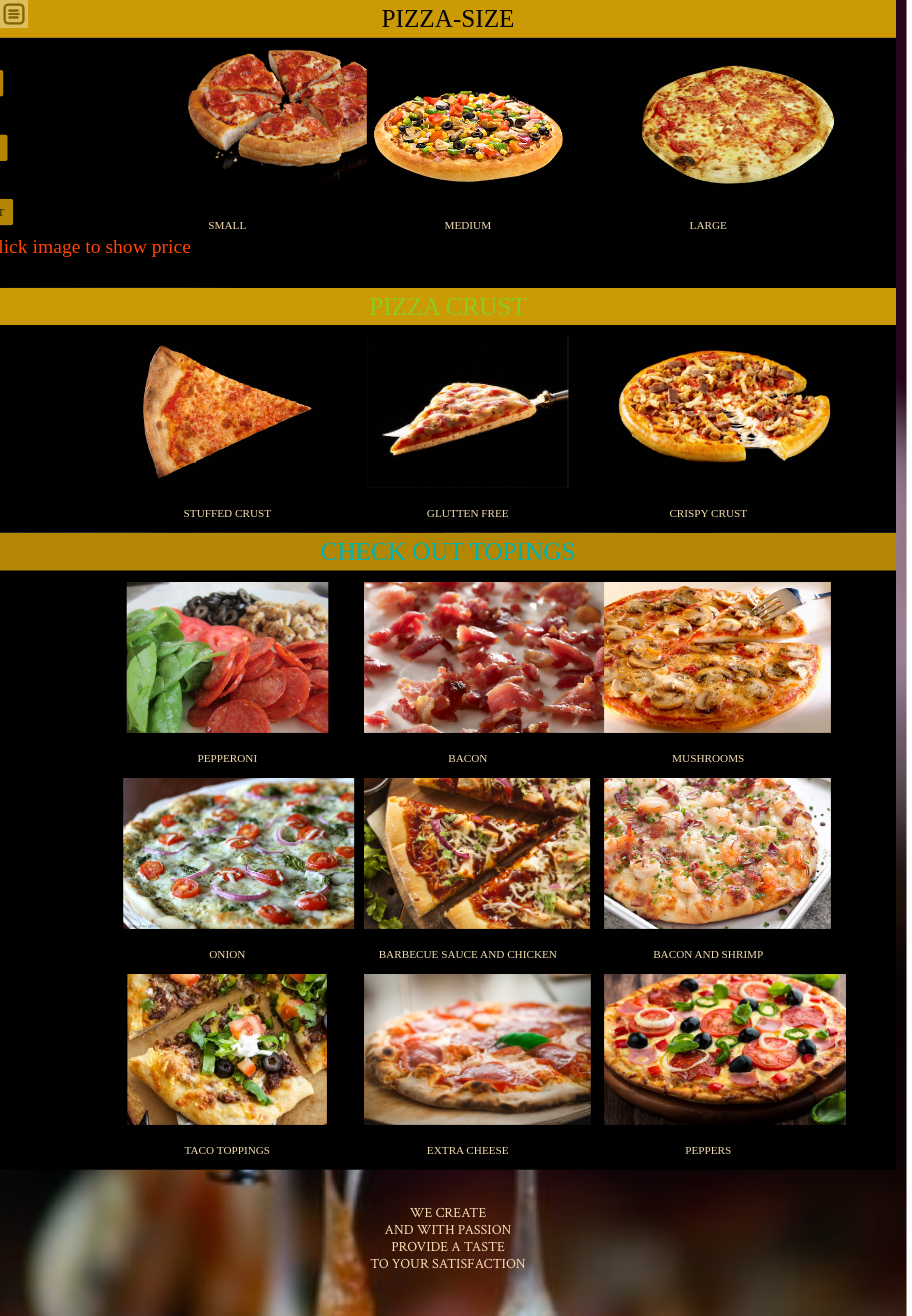
Repository: alexmwaura/MOREO--PIZZA-IP4
Page: mine.html
These files come from the project's save history. The page is drawn as it stood at one moment and after the next save; the edit follows.
The browser window is 1280 px wide. The page is 1303 px wide, so the pictures cover 1303 px, including what lies to the right of the window. The pictures show the part of the page from y = 0 to 1880 px (the page is 3153 px tall), at 70% of full size.
Some web fonts or font styles are not loaded; a fallback is used.

Above is the page before, as saved 2019-09-01 17:36:48.

After the next save:
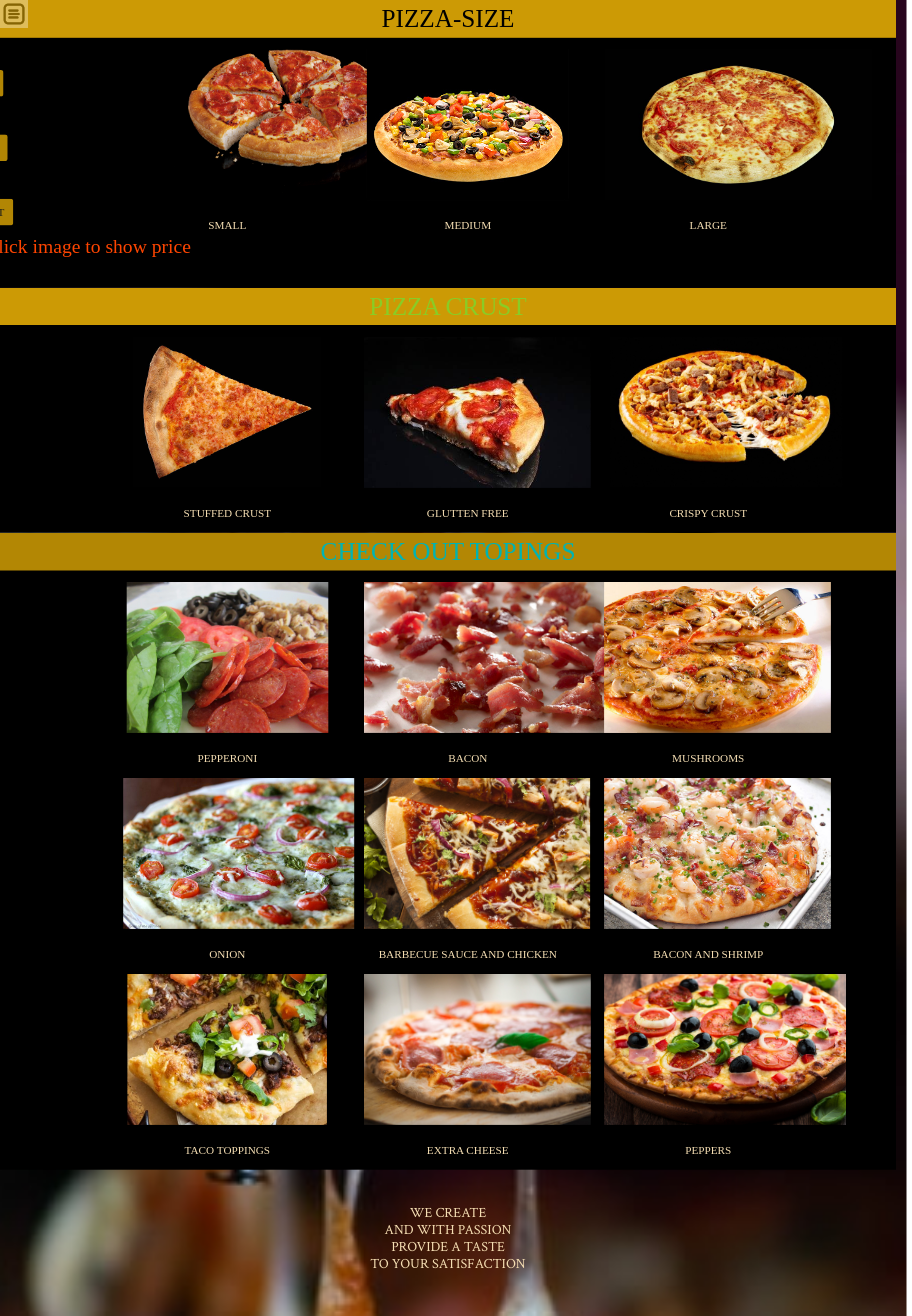
Saved 50 s later.
--- a/mine.html
+++ b/mine.html
@@ -178,7 +178,7 @@
 
                     <div class="col-lg-3 col-md-3 col-sm-3">
                         <div id="work2">
-                            <img src="./IMAGES/glutten3.jpg" alt="" class="img-fluid-2"><br><br>
+                            <img src="./IMAGES/glutten4.jpg" alt="" class="img-fluid-2"><br><br>
 
                             <div class="overlay">
                                 <div class="line">
